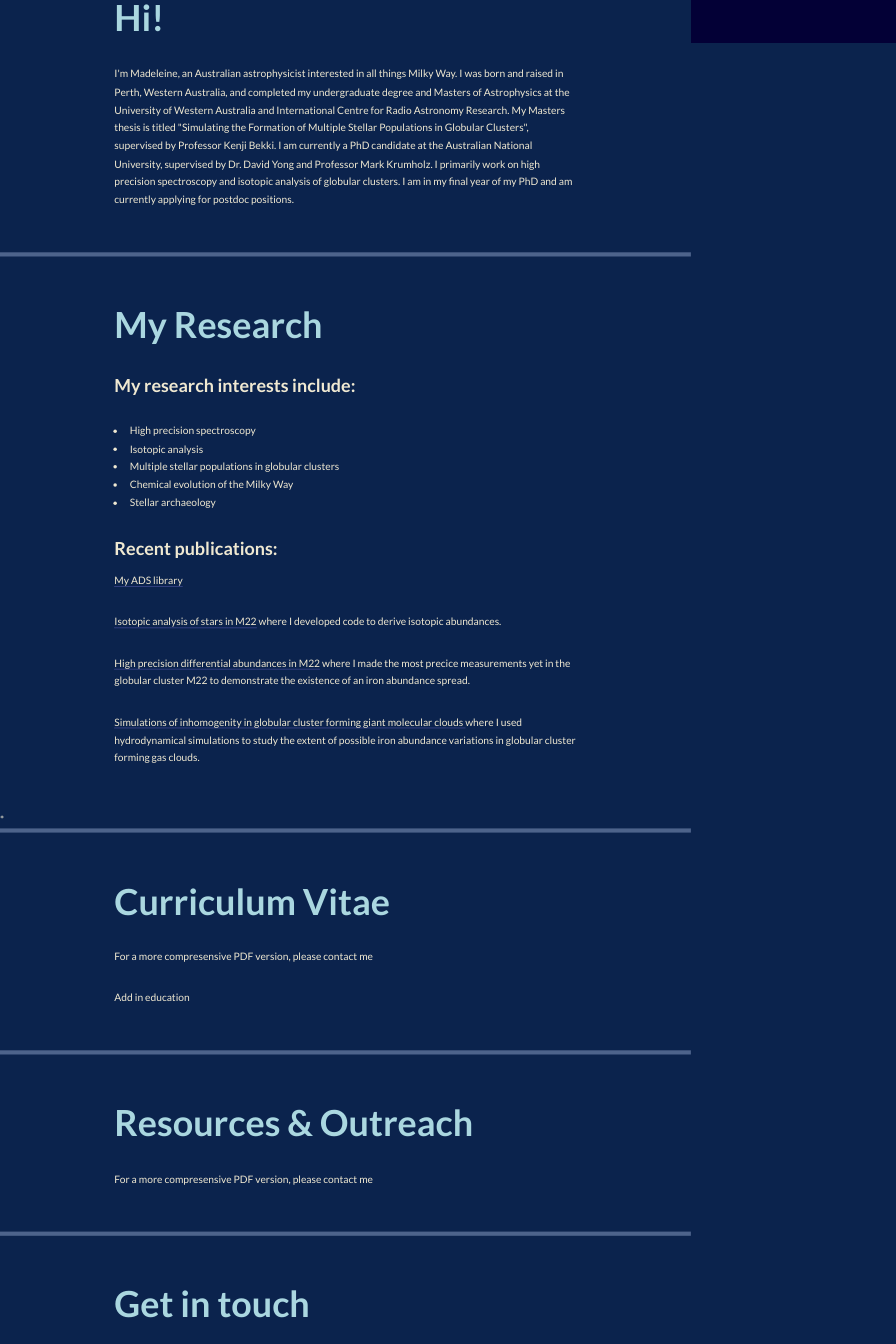
Repository: madeleine-mckenzie/madeleine-mckenzie.github.io
Page: index.html
These files come from the project's save history. The page is drawn as it stood at one moment and after the next save; the edit follows.
The browser window is 1280 px wide. The pictures show the part of the page from y = 659 to 2579 px (the page is 2989 px tall), at 70% of full size.
Backgrounds fixed to the window are drawn as part of the page.

Above is the page before, as saved 2023-11-12 16:17:36.

### index.html
<!DOCTYPE HTML>
<!--
    Read Only by HTML5 UP
    html5up.net | @ajlkn
    Free for personal and commercial use under the CCA 3.0 license (html5up.net/license)
-->
<html>
    <head>
        <title>M. McKenzie</title>
        <meta charset="utf-8" />
        <meta name="viewport" content="width=device-width, initial-scale=1, user-scalable=no" />
        <link rel="stylesheet" href="assets/css/main.css" />
        <style>
            /* Custom style */
            body {
                background: url('images/2023_ANU_3MT_20230727_ANU2022 3.jpg') no-repeat center center fixed;
                background-size: cover;
            }
        </style>
    </head>
    <body class="is-preload">

        <!-- Header -->
        <section id="header">
            <header>
                <!-- Avatar image next to name -->
                <span class="image avatar"><img src="images/IG_DP.jpeg" alt="Madeleine L. McKenzie" /></span>
                <h1>Madeleine L. McKenzie</h1>
                <p>PhD candidate at the Australian National University </p>
                <p> <a href="mailto:madeleine.mckenzie@anu.edu.au">madeleine.mckenzie@anu.edu.au</a></p>
            </header>
            <nav id="nav">
                <ul>
                    <li><a href="#one" class="active">About</a></li>
                    <li><a href="#two">My Research</a></li>
                    <li><a href="#three">CV</a></li>
                    <li><a href="#four">Resources</a></li>
                    <li><a href="#five">Contact</a></li>
                </ul>
            </nav>
        </section>

        <!-- Wrapper -->
        <div id="wrapper">

            <!-- Main -->
            <div id="main">

                <!-- One -->
                <section id="one">
                    <div class="image main" data-position="center">
                        <!-- Top banner image -->
                        <img src="images/2023_ANU_3MT_20230727_ANU2022.jpg" alt="" />
                    </div>
                    <div class="container">
                        <header class="major">
                            <h2>Hi!</h2>
                        </header>
                        <p>I'm Madeleine, an Australian astrophysicist interested in all things Milky Way. I was born and raised in Perth, Western Australia,
                            and completed my undergraduate degree and Masters of Astrophysics at the University of Western Australia and International Centre
                            for Radio Astronomy Research. My Masters thesis is titled "Simulating the Formation of Multiple Stellar Populations in Globular Clusters", supervised
                            by Professor Kenji Bekki. I am currently a PhD candidate at the Australian National University, supervised by Dr. David Yong and
                            Professor Mark Krumholz. I primarily work on high precision spectroscopy and isotopic analysis of globular clusters.
                            I am in my final year of my PhD and am currently applying for postdoc positions.
                        </p>
                    </div>
                </section>

                <!-- Two -->
                <section id="two">
                    <div class="container">
                        <header class="major">
                            <h2>My Research</h2>
                        </header>
                        <h3>My research interests include:</h3>
                        <p><ul>
                                <li>High precision spectroscopy</li>
                                <li>Isotopic analysis</li>
                                <li>Multiple stellar populations in globular clusters</li>
                                <li>Chemical evolution of the Milky Way</li>
                                <li>Stellar archaeology</li>
                            </ul>
                        <h3>Recent publications:</h3>
                        <p><a href="https://ui.adsabs.harvard.edu/user/libraries/K8q3Fv2nS-eG0YgK9U_ysw">My ADS library</a></p>

                        <p><a href="https://ui.adsabs.harvard.edu/abs/2023MNRAS.tmp.2870M/abstract">Isotopic analysis of stars in M22</a> where I developed code to
                        derive isotopic abundances.</p>
                        <p><a href="https://ui.adsabs.harvard.edu/abs/2022MNRAS.516.3515M/abstract">High precision differential abundances in M22</a> where I
                        made the most precice measurements yet in the globular cluster M22 to demonstrate the existence of an iron abundance spread.</p>
                        <p><a href="https://ui.adsabs.harvard.edu/abs/2022MNRAS.516.3515M/abstract">Simulations of inhomogenity in globular cluster forming giant
                            molecular clouds </a> where I used hydrodynamical simulations to study the extent of possible iron abundance variations in
                             globular cluster forming gas clouds.</p>
                        </p>

                    </div>*
                </section>

                <!-- three -->
                <section id="three">
                    <div class="container">
                        <header class="major">
                            <h2>Curriculum Vitae</h2>
                        </header>
                        <p>For a more compresensive PDF version, please contact me</p>
                        <p>Add in education</p>
                        <!-- Icons grid here -->
                    </div>
                </section>

                 <!-- four -->
                 <section id="four">
                    <div class="container">
                        <header class="major">
                            <h2>Resources & Outreach</h2>
                        </header>
                        <p>For a more compresensive PDF version, please contact me</p>
                        <!-- Icons grid here -->
                    </div>
                </section>

                <!-- Three -->
                <section id="five">
                    <div class="container">
                        <header class="major">
                            <h2>Get in touch</h2>
                        </header>
                        <p>University email: <a href="mailto:madeleine.mckenzie@anu.edu.au">madeleine.mckenzie@anu.edu.au</a></p>
                        <p>Gmail: <a href="mailto:madeleine.l.mckenzie@gmail.com">madeleine.l.mckenzie@gmail.com</a></p>
                        <p>Twitter: <a href="https://twitter.com/MadellanicCloud" target="_blank">@MadellanicCloud</a></p>
                    </div>
                </section>

            </div>

            <!-- Footer -->
            <section id="footer">
                <div class="container">
                    <ul class="icons">
                        <!-- Social media icons here -->
                        <li><a href="#" class="icon brands fa-twitter"><span class="label">Twitter</span></a></li>
                        <li><a href="#" class="icon brands fa-facebook-f"><span class="label">Facebook</span></a></li>
                        <li><a href="#" class="icon brands fa-instagram"><span class="label">Instagram</span></a></li>
                        <li><a href="#" class="icon brands fa-github"><span class="label">Github</span></a></li>
                        <li><a href="#" class="icon solid fa-envelope"><span class="label">Email</span></a></li>
                    </ul>
                    <ul class="copyright">
                        <li>&copy; M. McKenzie</li>
                        <li>Design: <a href="http://html5up.net">HTML5 UP</a></li>
                    </ul>
                </div>
            </section>

        </div>

        <!-- Scripts -->
        <script src="assets/js/jquery.min.js"></script>
        <script src="assets/js/jquery.scrollex.min.js"></script>
        <script src="assets/js/jquery.scrolly.min.js"></script>
        <script src="assets/js/browser.min.js"></script>
        <script src="assets/js/breakpoints.min.js"></script>
        <script src="assets/js/util.js"></script>
        <script src="assets/js/main.js"></script>

    </body>
</html>

Loaded but not shown: assets/css/fontawesome-all.min.css (library); assets/js/jquery.min.js (library); assets/js/jquery.scrollex.min.js (common file); assets/js/jquery.scrolly.min.js (common file); assets/js/browser.min.js (common file); assets/js/breakpoints.min.js (common file); assets/js/util.js (587 lines, source omitted); assets/js/main.js (159 lines, source omitted); assets/css/main.css (3340 lines, source omitted)

After the next save:
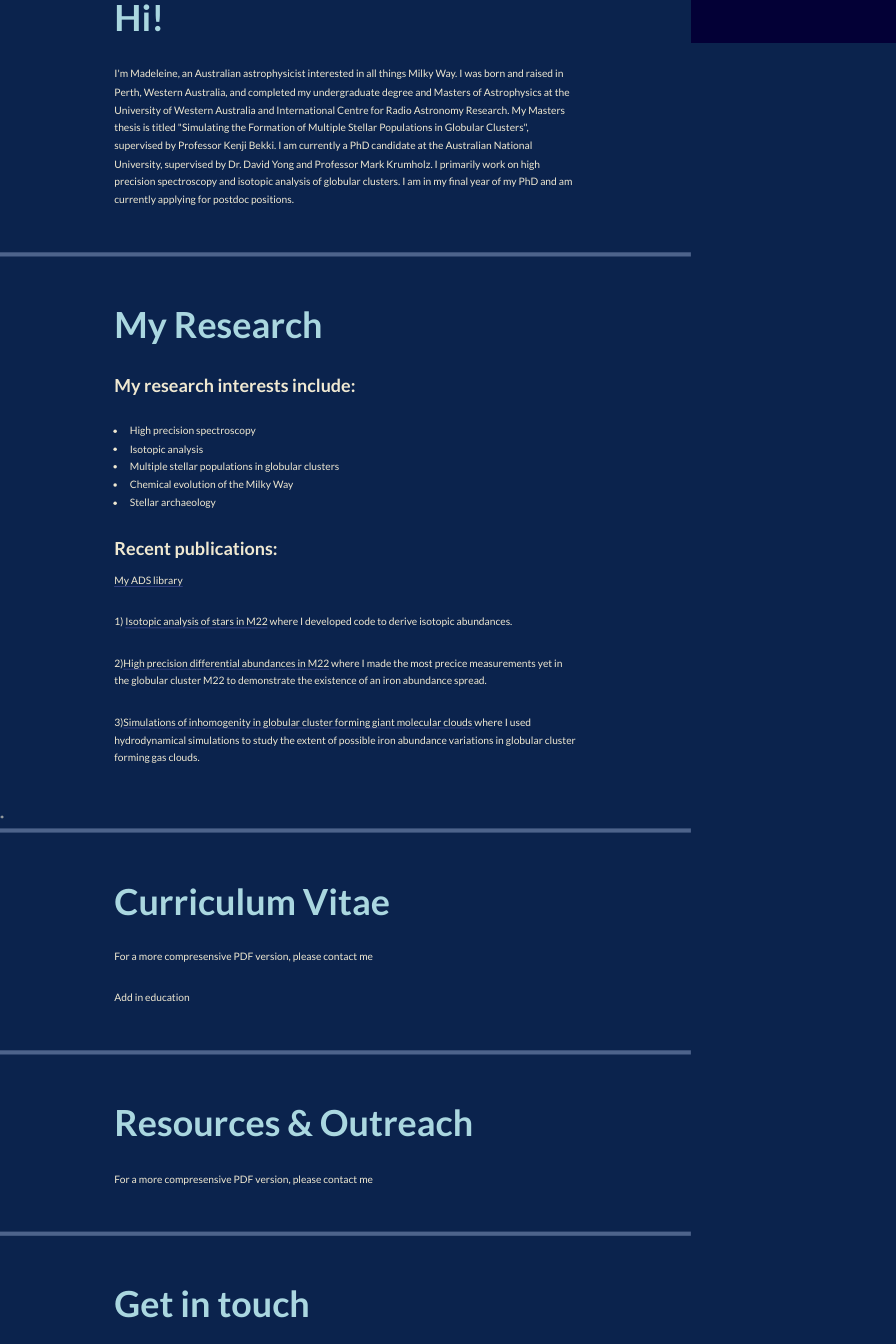
Saved 31 s later.
--- a/index.html
+++ b/index.html
@@ -83,11 +83,11 @@
                         <h3>Recent publications:</h3>
                         <p><a href="https://ui.adsabs.harvard.edu/user/libraries/K8q3Fv2nS-eG0YgK9U_ysw">My ADS library</a></p>
 
-                        <p><a href="https://ui.adsabs.harvard.edu/abs/2023MNRAS.tmp.2870M/abstract">Isotopic analysis of stars in M22</a> where I developed code to
+                        <p>1) <a href="https://ui.adsabs.harvard.edu/abs/2023MNRAS.tmp.2870M/abstract">Isotopic analysis of stars in M22</a> where I developed code to
                         derive isotopic abundances.</p>
-                        <p><a href="https://ui.adsabs.harvard.edu/abs/2022MNRAS.516.3515M/abstract">High precision differential abundances in M22</a> where I
+                        <p>2)<a href="https://ui.adsabs.harvard.edu/abs/2022MNRAS.516.3515M/abstract">High precision differential abundances in M22</a> where I
                         made the most precice measurements yet in the globular cluster M22 to demonstrate the existence of an iron abundance spread.</p>
-                        <p><a href="https://ui.adsabs.harvard.edu/abs/2022MNRAS.516.3515M/abstract">Simulations of inhomogenity in globular cluster forming giant
+                        <p>3)<a href="https://ui.adsabs.harvard.edu/abs/2022MNRAS.516.3515M/abstract">Simulations of inhomogenity in globular cluster forming giant
                             molecular clouds </a> where I used hydrodynamical simulations to study the extent of possible iron abundance variations in
                              globular cluster forming gas clouds.</p>
                         </p>
